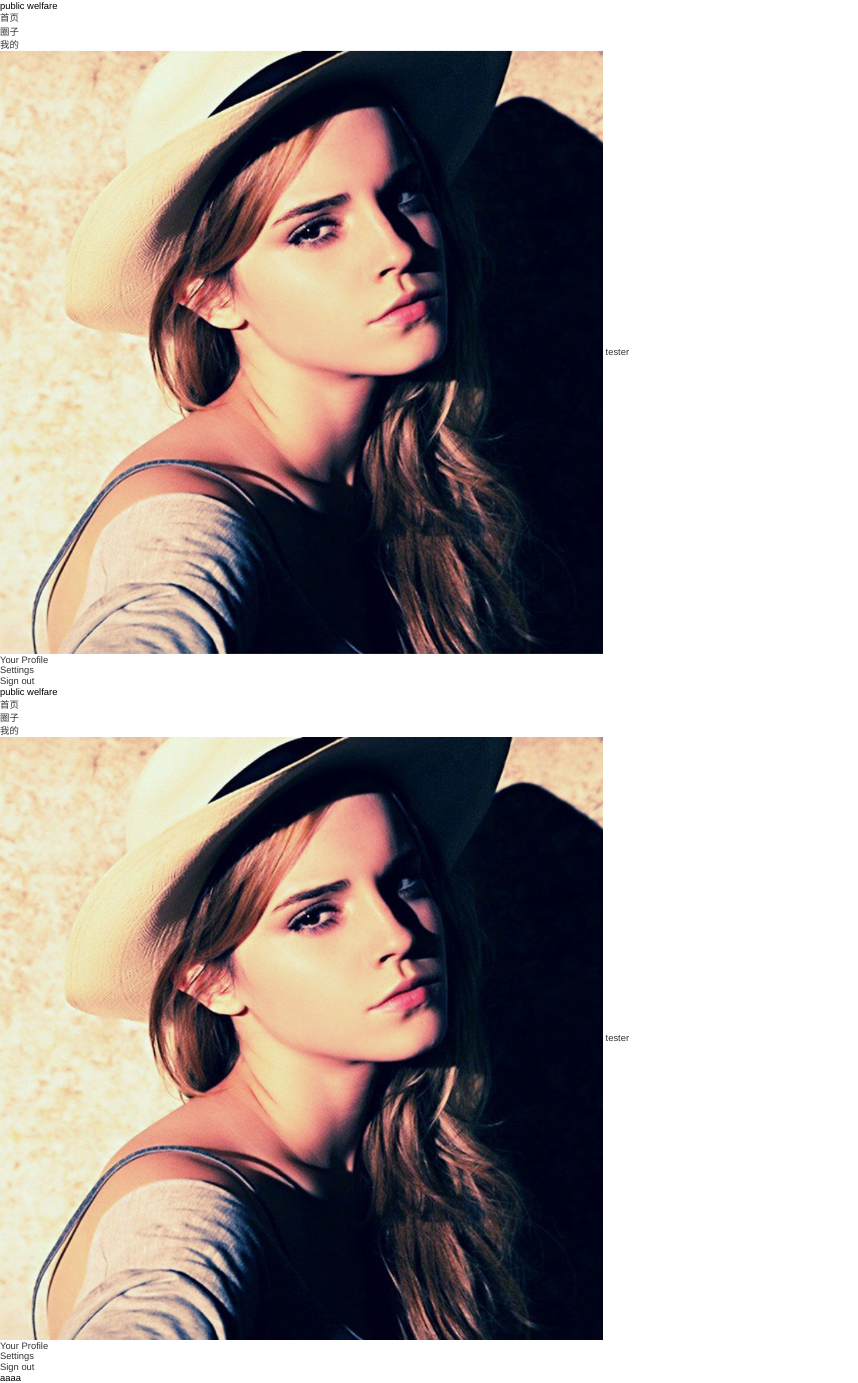
Repository: wjiawei97/FrontEndExercises
Page: 6. bigEvent/index.html
The author's editor kept a copy of each file at every save. The page is drawn from the files as they stood at one save, then again after the next save.
The browser window is 1280 px wide. The pictures show the whole page, at 67% of full size.

Above is the page before, as saved 2021-08-12 06:28:32.

### 6. bigEvent/index.html
<!DOCTYPE html>
<html lang="en">

<head>
    <meta charset="UTF-8">
    <meta http-equiv="X-UA-Compatible" content="IE=edge">
    <meta name="viewport" content="width=device-width, initial-scale=1.0">
    <title>Document</title>
    <link rel="stylesheet" href="./assets/css/common.css">
    <style>
        /* 移动端 */
        @media screen and (max-width: 768px) {
          .pb-layout-admin .pb-layout-left,
          .pb-layout-admin .pb-body,
          .pb-layout-admin .pb-footer{left: 0;}
          .pb-layout-admin .pb-side{left: -300px;}
        }
      </style>
</head>

<body>
    <div class="pb-layout pb-layout-admin">
        <!-- 网页顶部区域 -->
        <div class="pb-header">
            <div class="pb-logo pb-hide-xs pb-bg-black">public welfare</div>
            <!-- 头部水平导航栏区域 -->
            <ul class="pb-nav pb-layout-left">
                <!-- 在移动端显示 -->
                <li class="pb-nav-item pb-show-xs-inline-block pb-hide-sm">
                    <i class="pb-icon pb-icon-spread-left"></i>
                </li>
                <li class="pb-nav-item pb-hide-xs"><a href="">首页</a></li>
                <li class="pb-nav-item pb-hide-xs"><a href="">圈子</a></li>
                <li class="pb-nav-item pb-hide-xs"><a href="">我的</a></li>
            </ul>
            <ul class="pb-nav pb-layout-right">
                <li class="pb-nav-item pb-hide pb-show-md-inline-block">
                    <a href="javascript:;">
                        <img src="./assets/images/sample.jpg"
                            class="pb-nav-img">
                        tester
                    </a>
                    <dl class="pb-nav-child">
                        <dd><a href="">Your Profile</a></dd>
                        <dd><a href="">Settings</a></dd>
                        <dd><a href="">Sign out</a></dd>
                    </dl>
                </li>
            </ul>
        </div>

        <!-- 左侧侧边栏区域 -->
        <div class="pb-side pb-bg-black">
            <div class="pb-side-scroll">
                <div class="pb-nav"></div>
            </div>
        </div>
    </div>
</body>

</html>
<!DOCTYPE html>
<html lang="en">

<head>
    <meta charset="UTF-8">
    <meta http-equiv="X-UA-Compatible" content="IE=edge">
    <meta name="viewport" content="width=device-width, initial-scale=1.0">
    <title>Document</title>
    <link rel="stylesheet" href="./assets/css/common.css">
    <style>
        /* 移动端 */
        @media screen and (max-width: 768px) {
          .pb-layout-admin .pb-layout-left,
          .pb-layout-admin .pb-body,
          .pb-layout-admin .pb-footer{left: 0;}
          .pb-layout-admin .pb-side{left: -300px;}
        }
      </style>
</head>

<body>
    <div class="pb-layout pb-layout-admin">
        <!-- 网页顶部区域 -->
        <div class="pb-header">
            <div class="pb-logo pb-hide-xs pb-bg-black">public welfare</div>
            <!-- 头部水平导航栏区域 -->
            <ul class="pb-nav pb-layout-left">
                <!-- 在移动端显示 -->
                <li class="pb-nav-item pb-show-xs-inline-block pb-hide-sm">
                    <i class="pb-icon pb-icon-spread-left"></i>
                </li>
                <li class="pb-nav-item pb-hide-xs"><a href="">首页</a></li>
                <li class="pb-nav-item pb-hide-xs"><a href="">圈子</a></li>
                <li class="pb-nav-item pb-hide-xs"><a href="">我的</a></li>
            </ul>
            <ul class="pb-nav pb-layout-right">
                <li class="pb-nav-item pb-hide pb-show-md-inline-block">
                    <a href="javascript:;">
                        <img src="./assets/images/sample.jpg"
                            class="pb-nav-img">
                        tester
                    </a>
                    <dl class="pb-nav-child">
                        <dd><a href="">Your Profile</a></dd>
                        <dd><a href="">Settings</a></dd>
                        <dd><a href="">Sign out</a></dd>
                    </dl>
                </li>
            </ul>
        </div>

        <!-- 左侧侧边栏区域 -->
        <div class="pb-side pb-bg-black">
            <div class="pb-side-scroll">aaaa</div>
        </div>
    </div>
</body>

</html>

### 6. bigEvent/assets/css/common.css
img {
  display: inline-block;
  vertical-align: middle;
}
h1,
h2,
h3,
h4,
h5,
h6 {
  font-weight: 400;
}
blockquote,
body,
button,
dd,
div,
dl,
dt,
form,
h1,
h2,
h3,
h4,
h5,
h6,
input,
li,
ol,
p,
pre,
td,
textarea,
th,
ul {
  margin: 0;
  padding: 0;
  -webkit-tap-highlight-color: rgba(0, 0, 0, 0);
}
a:active,
a:hover {
  outline: 0;
}
img {
  border: none;
}
li {
  list-style: none;
}
table {
  border-collapse: collapse;
  border-spacing: 0;
}
h4,
h5,
h6 {
  font-size: 100%;
}
button,
input,
optgroup,
option,
select,
textarea {
  font-family: inherit;
  font-size: inherit;
  font-style: inherit;
  font-weight: inherit;
  outline: 0;
}
pre {
  white-space: pre-wrap;
  white-space: -moz-pre-wrap;
  white-space: -pre-wrap;
  white-space: -o-pre-wrap;
  word-wrap: break-word;
}
body {
  line-height: 24px;
  font: 14px Helvetica Neue, Helvetica, PingFang SC, Tahoma, Arial, sans-serif;
}
hr {
  height: 1px;
  margin: 10px 0;
  border: 0;
  clear: both;
}
a {
  color: #333;
  text-decoration: none;
}
a:hover {
  color: #777;
}
a cite {
  font-style: normal;
  *cursor: pointer;
}

@media screen and (max-width: 768px) {

}
@media screen and (min-width: 768px) {

}

After the next save:
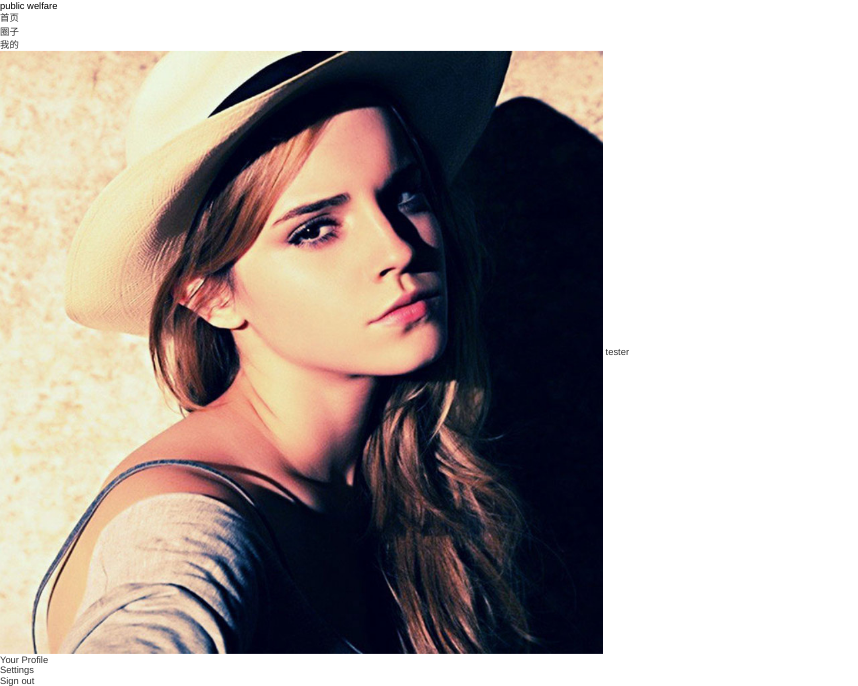
Saved 55 s later.
--- a/6. bigEvent/index.html
+++ b/6. bigEvent/index.html
@@ -52,69 +52,10 @@
         <!-- 左侧侧边栏区域 -->
         <div class="pb-side pb-bg-black">
             <div class="pb-side-scroll">
-                <div class="pb-nav"></div>
+                <div class="pb-nav pb-nav-tree"></div>
             </div>
         </div>
     </div>
 </body>
 
 </html>
-<!DOCTYPE html>
-<html lang="en">
-
-<head>
-    <meta charset="UTF-8">
-    <meta http-equiv="X-UA-Compatible" content="IE=edge">
-    <meta name="viewport" content="width=device-width, initial-scale=1.0">
-    <title>Document</title>
-    <link rel="stylesheet" href="./assets/css/common.css">
-    <style>
-        /* 移动端 */
-        @media screen and (max-width: 768px) {
-          .pb-layout-admin .pb-layout-left,
-          .pb-layout-admin .pb-body,
-          .pb-layout-admin .pb-footer{left: 0;}
-          .pb-layout-admin .pb-side{left: -300px;}
-        }
-      </style>
-</head>
-
-<body>
-    <div class="pb-layout pb-layout-admin">
-        <!-- 网页顶部区域 -->
-        <div class="pb-header">
-            <div class="pb-logo pb-hide-xs pb-bg-black">public welfare</div>
-            <!-- 头部水平导航栏区域 -->
-            <ul class="pb-nav pb-layout-left">
-                <!-- 在移动端显示 -->
-                <li class="pb-nav-item pb-show-xs-inline-block pb-hide-sm">
-                    <i class="pb-icon pb-icon-spread-left"></i>
-                </li>
-                <li class="pb-nav-item pb-hide-xs"><a href="">首页</a></li>
-                <li class="pb-nav-item pb-hide-xs"><a href="">圈子</a></li>
-                <li class="pb-nav-item pb-hide-xs"><a href="">我的</a></li>
-            </ul>
-            <ul class="pb-nav pb-layout-right">
-                <li class="pb-nav-item pb-hide pb-show-md-inline-block">
-                    <a href="javascript:;">
-                        <img src="./assets/images/sample.jpg"
-                            class="pb-nav-img">
-                        tester
-                    </a>
-                    <dl class="pb-nav-child">
-                        <dd><a href="">Your Profile</a></dd>
-                        <dd><a href="">Settings</a></dd>
-                        <dd><a href="">Sign out</a></dd>
-                    </dl>
-                </li>
-            </ul>
-        </div>
-
-        <!-- 左侧侧边栏区域 -->
-        <div class="pb-side pb-bg-black">
-            <div class="pb-side-scroll">aaaa</div>
-        </div>
-    </div>
-</body>
-
-</html>
